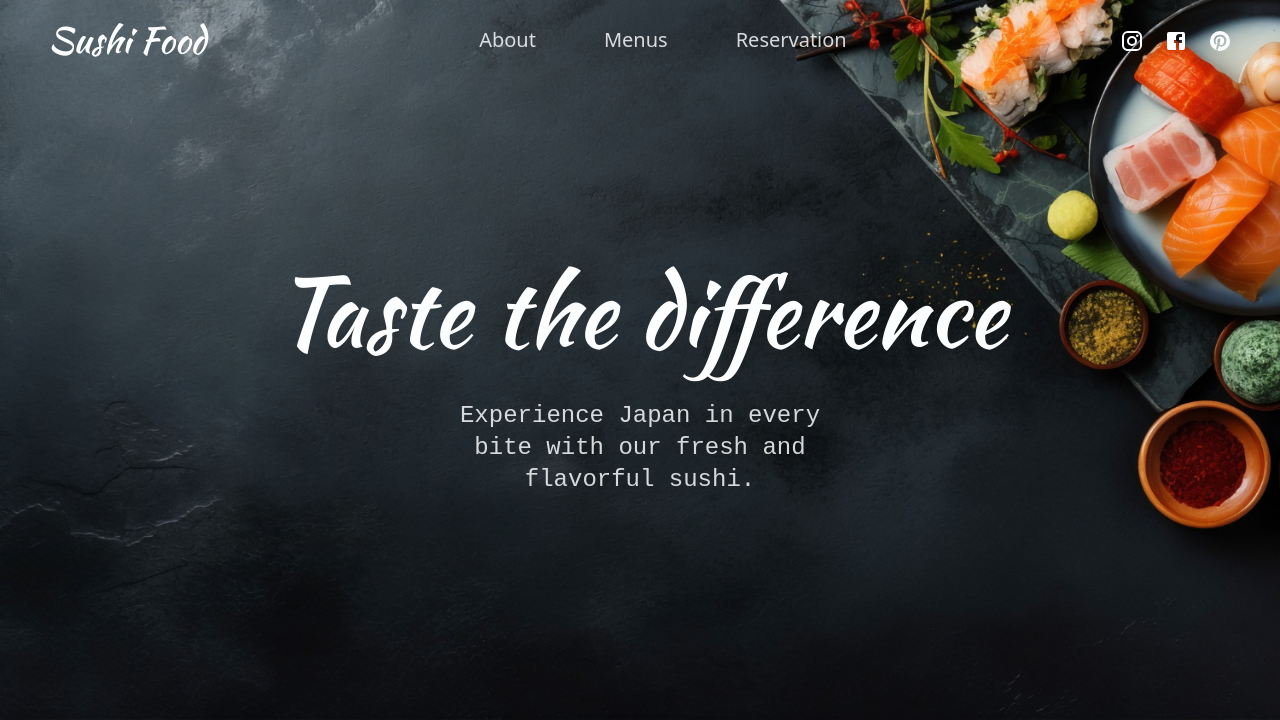
Repository: Adrien-legeleu/sushi-food
Page: /
These files come from the project's save history. The page is drawn as it stood at one moment and after the next save; the edit follows.
The browser window is 1280 px wide. The pictures show the whole page.
Some web fonts or font styles are not loaded; a fallback is used. The project was rebuilt for these pictures with package versions that can differ from the ones it lists, and the page was loaded fresh each time. Also part of the build but not shown: vite.config.ts.

Above is the page before, as saved 2024-04-28 20:20:48.

### src/App.tsx
import { Header, Landing } from "./Components"

const App =()=> {
  return (
    <div className="bg-greenBlack h-full w-full">
      <Header/>
      <Landing/>
    </div>
  )
}

export default App

### src/index.css
@import url('https://fonts.googleapis.com/css2?family=Kaushan+Script&family=Nanum+Gothic+Coding&display=swap');

@tailwind base;
@tailwind components;
@tailwind utilities;

*{
    margin: 0;
    padding: 0;
    box-sizing: border-box;
}

### src/Components/index.ts
export * from "./Landing";
export * from "./Header";

### src/Components/Landing.tsx
export const Landing =()=>{
    return(
        <div className="h-screen w-full bg-[url('././assets/mainfond.jpg')] bg-cover bg-center-top flex items-center justify-center flex-col gap-10 pt-10">
            <h1 className="font-title text-whiteTitle text-8xl">Taste the difference</h1>
            <p className="text-whiteText font-text text-2xl text-center w-1/3">Experience Japan in every bite with our fresh and flavorful sushi.</p>
        </div>
    )
}

### src/Components/Header.tsx
import InstagramIcon from '@mui/icons-material/Instagram';
import FacebookIcon from '@mui/icons-material/Facebook';
import PinterestIcon from '@mui/icons-material/Pinterest';
export const Header =()=>{
    return (
        <div className='fixed h-20 w-full max-w-[1400px] top-0 left-1/2 -translate-x-1/2 flex justify-between items-center pl-12 pr-12'>
            <h2 className='font-title text-4xl text-whiteTitle'>Sushi Food</h2>
            <ul className='flex items-center gap-5 justify-between text-whiteText text-xl'>
                <li className='cursor-pointer  duration-200 hover:bg-green rounded-full p-6 pt-2 pb-2'>About</li>
                <li className='cursor-pointer  duration-200 hover:bg-green rounded-full p-6 pt-2 pb-2'>Menus</li>
                <li className='cursor-pointer  duration-200 hover:bg-green rounded-full p-6 pt-2 pb-2'>Reservation</li>
            </ul>
            <ul className='flex items-center justify-between gap-5 text-whiteTitle'>
                <li>
                    <InstagramIcon/>


                </li>
                <li> <FacebookIcon/></li>
                <li><PinterestIcon/></li>
            </ul>
        </div>
    )
}

### tailwind.config.js
/** @type {import('tailwindcss').Config} */
export default {
  content: ["./index.html", "./src/**/*.{js,ts,jsx,tsx}"],
  theme: {
    extend: {
      backgroundColor: {
        greenBlack: "#0B1517",
      },
      colors: {
        green: "#A6977C",
        whiteTitle: "#FCFEFF",
        whiteText: "#FCFEFFD5",
      },
    },
    fontFamily: {
      title: ["Kaushan Script", "cursive"],
      text: ["Nanum Gothic Coding", "monospace"],
    },
  },
  plugins: [],
};

Loaded but not shown: index.html (common file); src/main.tsx (common file)

After the next save:
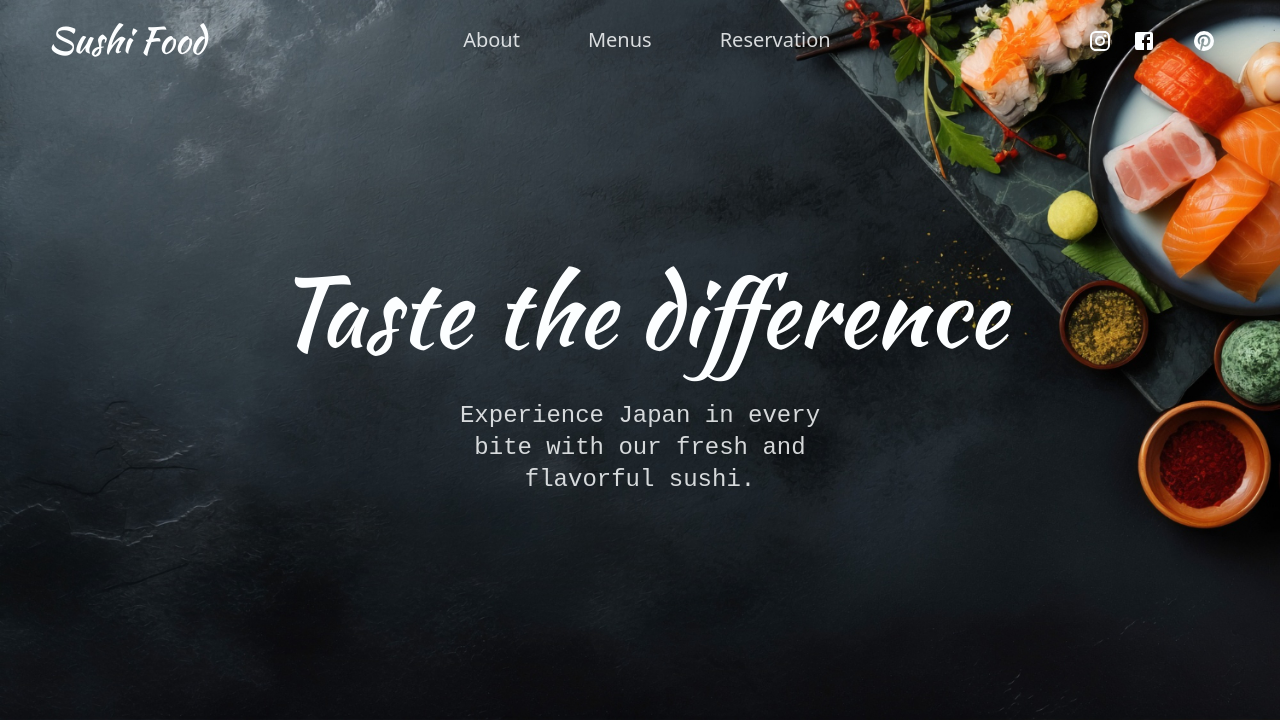
Saved 20 s later.
--- a/src/Components/Header.tsx
+++ b/src/Components/Header.tsx
@@ -17,7 +17,7 @@
 
                 </li>
                 <li> <FacebookIcon/></li>
-                <li><PinterestIcon/></li>
+                <li className='cursor-pointer  duration-300 hover:scale-110 rounded-full p-4 pt-2 pb-2'><PinterestIcon/></li>
             </ul>
         </div>
     )

After the save that followed:
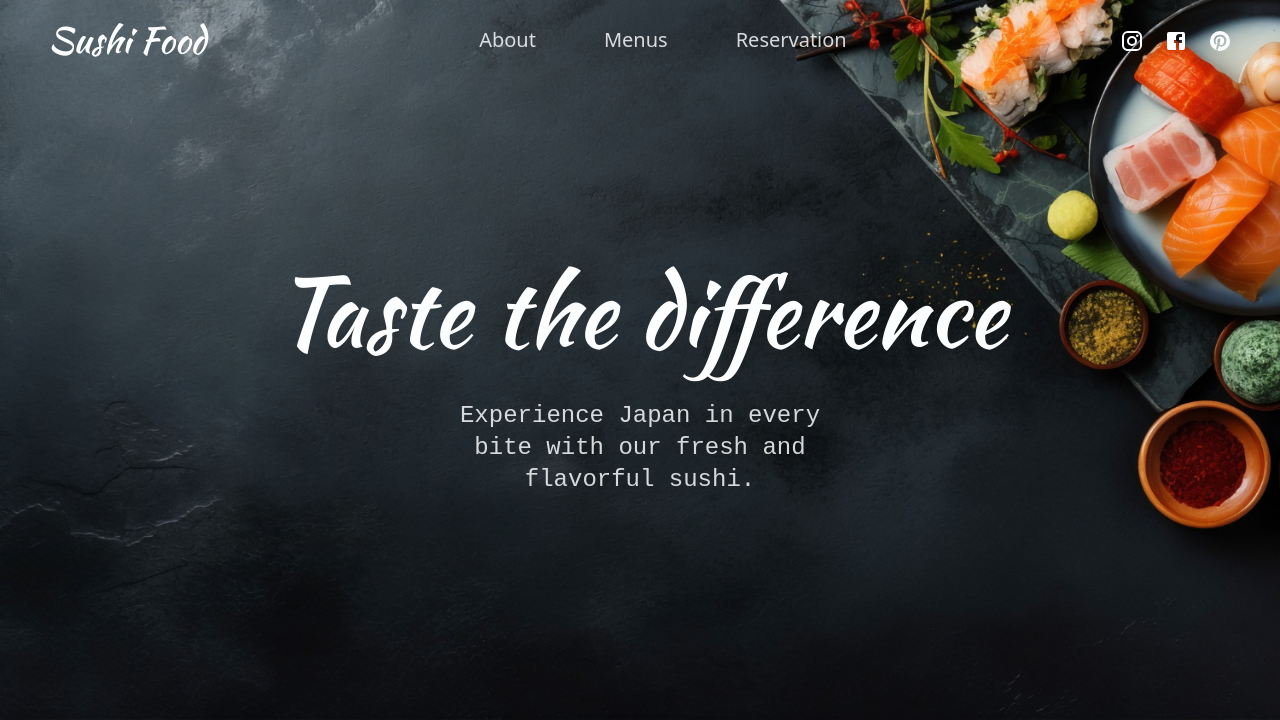
Saved 6 s later.
--- a/src/Components/Header.tsx
+++ b/src/Components/Header.tsx
@@ -17,7 +17,7 @@
 
                 </li>
                 <li> <FacebookIcon/></li>
-                <li className='cursor-pointer  duration-300 hover:scale-110 rounded-full p-4 pt-2 pb-2'><PinterestIcon/></li>
+                <li className='cursor-pointer  duration-300 hover:scale-110'><PinterestIcon/></li>
             </ul>
         </div>
     )
